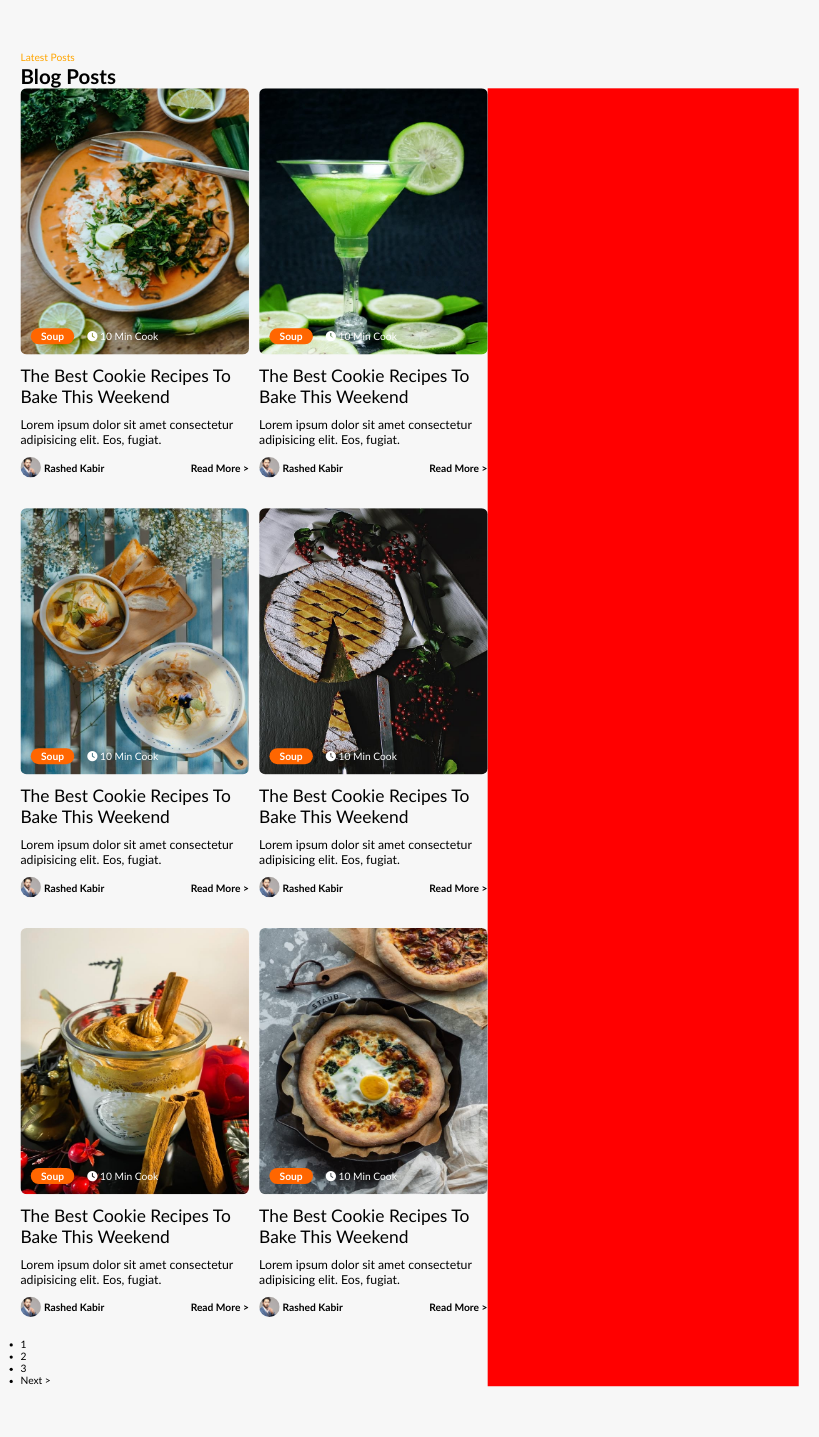
Repository: ngoctinvo/diner_project_cybersoft
Page: html/blog.html
These files come from the project's save history. The page is drawn as it stood at one moment and after the next save; the edit follows.
The browser window is 1280 px wide. The pictures show the whole page, at 64% of full size.
Some web libraries are served in a nearby version. The style sheet was rebuilt from its Sass, Less or Tailwind sources for each picture, by a compiler version that may differ from the author's.

Above is the page before, as saved 2022-04-19 10:33:06.

After the next save:
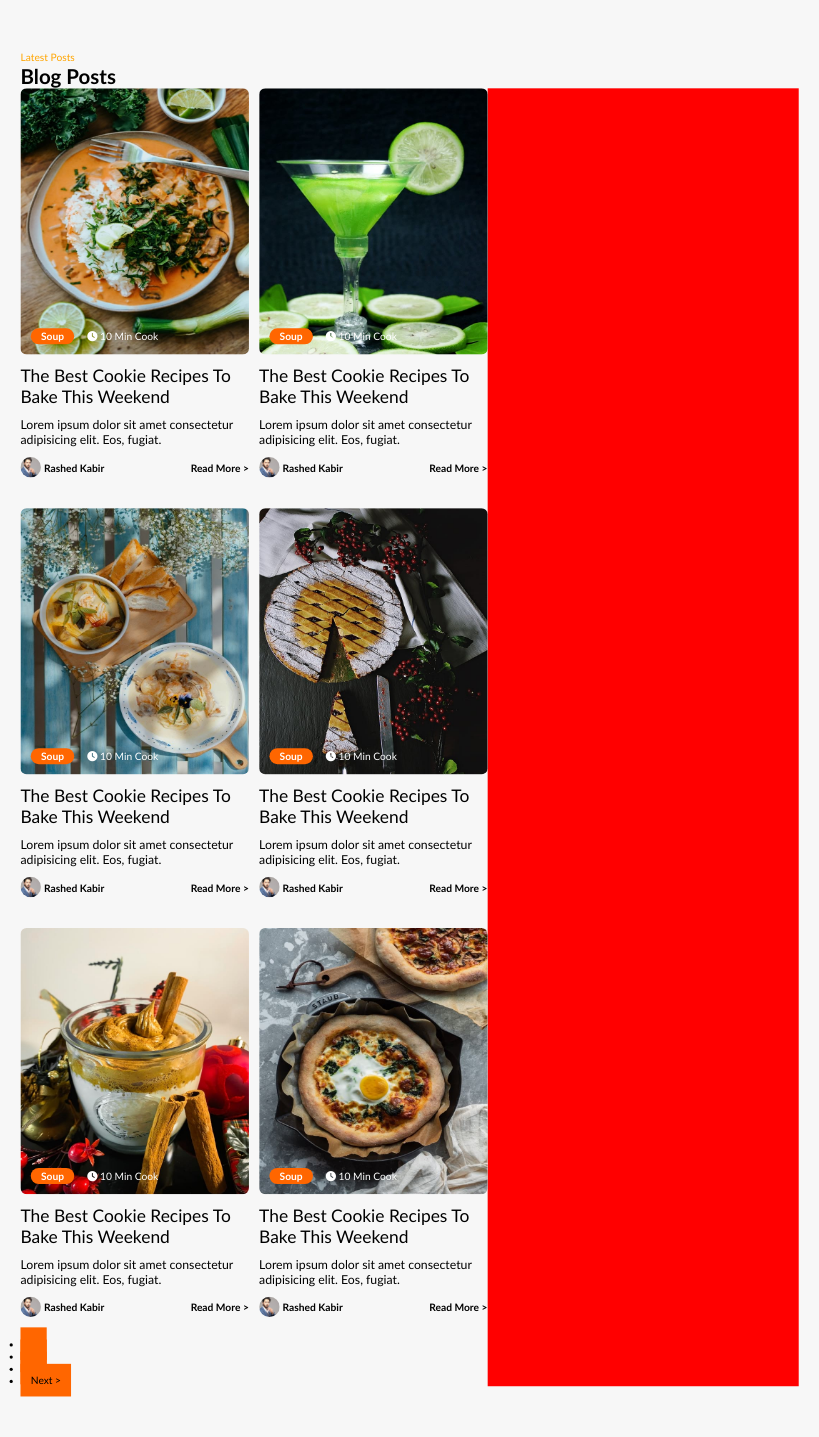
Saved 13 s later.
--- a/sass/blog.scss
+++ b/sass/blog.scss
@@ -103,7 +103,12 @@
                         }
                     }
                 }
-                .control-btn {}
+                .control-btn {
+                    span {
+                        background-color: #ff6600;
+                        padding: 1rem;
+                    }
+                }
             }
             .right-posts {
                 width: 40%;
